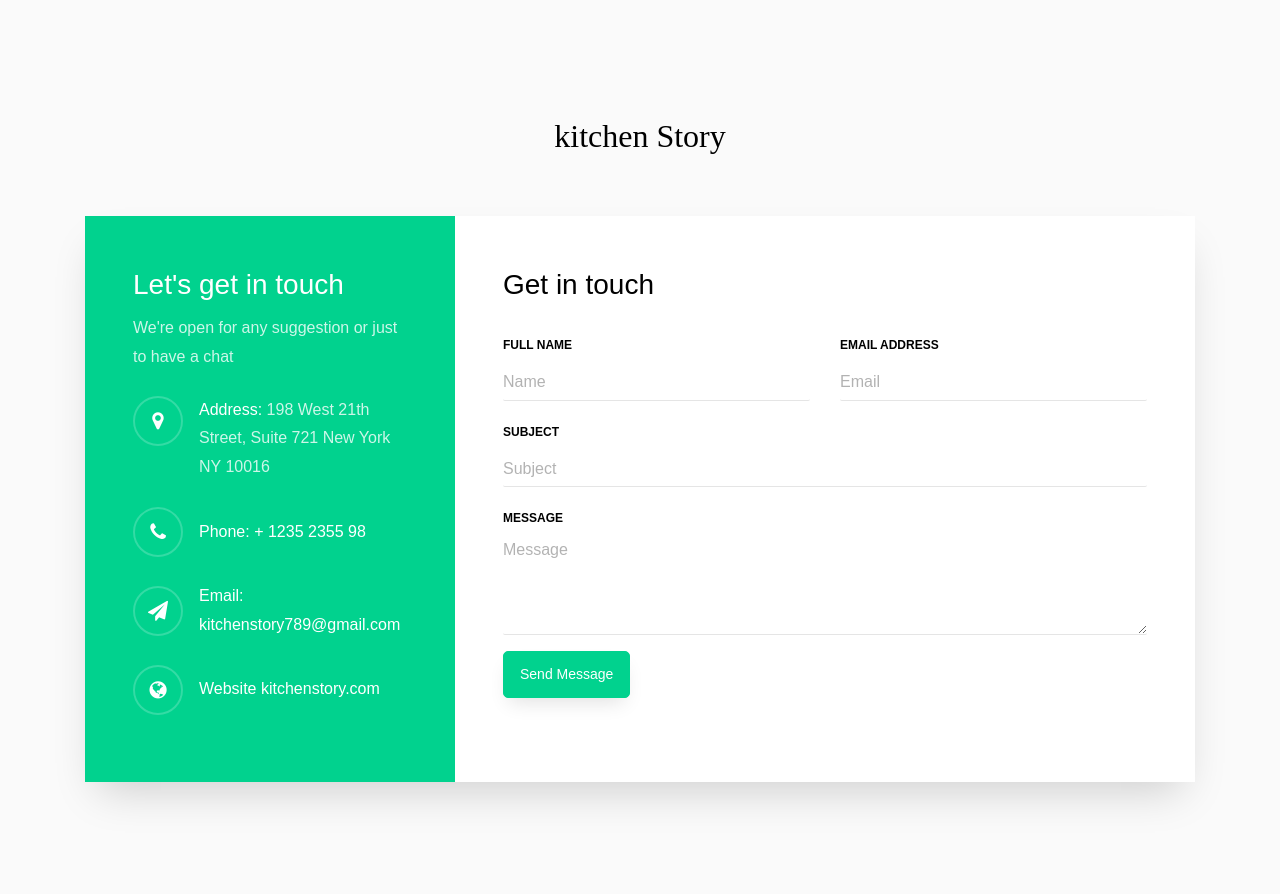
Repository: manishmachha/project-kitchenStory
Page: Phase 4 Kitchen Story/src/main/webapp/MessageUS/messageUs.html
The author's editor kept a copy of each file at every save. The page is drawn from the files as they stood at one save, then again after the next save.
The browser window is 1280 px wide. The pictures show the whole page.
Some web fonts or font styles are not loaded; a fallback is used.

Above is the page before, as saved 2022-03-08 07:04:24.

### Phase 4 Kitchen Story/src/main/webapp/MessageUS/messageUs.html
<!doctype html>
<html lang="en">

<head>
<title>Contact Form 02</title>
<meta charset="utf-8">
<meta name="viewport"
	content="width=device-width, initial-scale=1, shrink-to-fit=no">

<link
	href='https://fonts.googleapis.com/css?family=Roboto:400,100,300,700'
	rel='stylesheet' type='text/css'>

<link rel="stylesheet"
	href="https://stackpath.bootstrapcdn.com/font-awesome/4.7.0/css/font-awesome.min.css">

<link rel="stylesheet" href="css/style.css">
<link
	href="https://fonts.googleapis.com/css2?family=Lobster&display=swap"
	rel="stylesheet">

</head>

<body>
	<section class="ftco-section">
		<div class="container">
			<div class="row justify-content-center">
				<div class="col-md-6 text-center mb-5">
					<h2 class="brand" style="font-family: 'Lobster', cursive;">kitchen
						Story</h2>
				</div>
			</div>
			<div class="row justify-content-center">
				<div class="col-md-12">
					<div class="wrapper">
						<div class="row no-gutters">
							<div
								class="col-lg-8 col-md-7 order-md-last d-flex align-items-stretch">
								<div class="contact-wrap w-100 p-md-5 p-4">
									<h3 class="mb-4">Get in touch</h3>
									<div id="form-message-warning" class="mb-4"></div>
									<div id="form-message-success" class="mb-4">Your message
										was sent, thank you!</div>
									<form method="POST" id="contactForm" name="contactForm"
										class="contactForm">
										<div class="row">
											<div class="col-md-6">
												<div class="form-group">
													<label class="label" for="name">Full Name</label> <input
														type="text" class="form-control" name="name" id="name"
														placeholder="Name">
												</div>
											</div>
											<div class="col-md-6">
												<div class="form-group">
													<label class="label" for="email">Email Address</label> <input
														type="email" class="form-control" name="email" id="email"
														placeholder="Email">
												</div>
											</div>
											<div class="col-md-12">
												<div class="form-group">
													<label class="label" for="subject">Subject</label> <input
														type="text" class="form-control" name="subject"
														id="subject" placeholder="Subject">
												</div>
											</div>
											<div class="col-md-12">
												<div class="form-group">
													<label class="label" for="#">Message</label>
													<textarea name="message" class="form-control" id="message"
														cols="30" rows="4" placeholder="Message"></textarea>
												</div>
											</div>
											<div class="col-md-12">
												<div class="form-group">
													<input type="submit" value="Send Message"
														class="btn btn-primary">
													<div class="submitting"></div>
												</div>
											</div>
										</div>
									</form>
								</div>
							</div>
							<div class="col-lg-4 col-md-5 d-flex align-items-stretch">
								<div class="info-wrap bg-primary w-100 p-md-5 p-4">
									<h3>Let's get in touch</h3>
									<p class="mb-4">We're open for any suggestion or just to
										have a chat</p>
									<div class="dbox w-100 d-flex align-items-start">
										<div
											class="icon d-flex align-items-center justify-content-center">
											<span class="fa fa-map-marker"></span>
										</div>
										<div class="text pl-3">
											<p>
												<span>Address:</span> 198 West 21th Street, Suite 721 New
												York NY 10016
											</p>
										</div>
									</div>
									<div class="dbox w-100 d-flex align-items-center">
										<div
											class="icon d-flex align-items-center justify-content-center">
											<span class="fa fa-phone"></span>
										</div>
										<div class="text pl-3">
											<p>
												<span>Phone:</span> <a href="tel://1234567920">+ 1235
													2355 98</a>
											</p>
										</div>
									</div>
									<div class="dbox w-100 d-flex align-items-center">
										<div
											class="icon d-flex align-items-center justify-content-center">
											<span class="fa fa-paper-plane"></span>
										</div>
										<div class="text pl-3">
											<p>
												<span>Email:</span> <a href="mailto:info@yoursite.com">kitchenstory789@gmail.com</a>
											</p>
										</div>
									</div>
									<div class="dbox w-100 d-flex align-items-center">
										<div
											class="icon d-flex align-items-center justify-content-center">
											<span class="fa fa-globe"></span>
										</div>
										<div class="text pl-3">
											<p>
												<span>Website</span> <a href="#">kitchenstory.com</a>
											</p>
										</div>
									</div>
								</div>
							</div>
						</div>
					</div>
				</div>
			</div>
		</div>
	</section>

	<script src="js/jquery.min.js"></script>
	<script src="js/popper.js"></script>
	<script src="js/bootstrap.min.js"></script>
	<script src="js/jquery.validate.min.js"></script>
	<script src="js/main.js"></script>

</body>

</html>

Loaded but not shown: Phase 4 Kitchen Story/src/main/webapp/MessageUS/css/style.css (library); Phase 4 Kitchen Story/src/main/webapp/MessageUS/js/jquery.min.js (library); Phase 4 Kitchen Story/src/main/webapp/MessageUS/js/popper.js (library); Phase 4 Kitchen Story/src/main/webapp/MessageUS/js/bootstrap.min.js (library); Phase 4 Kitchen Story/src/main/webapp/MessageUS/js/jquery.validate.min.js (library); Phase 4 Kitchen Story/src/main/webapp/MessageUS/js/main.js (common file)

After the next save:
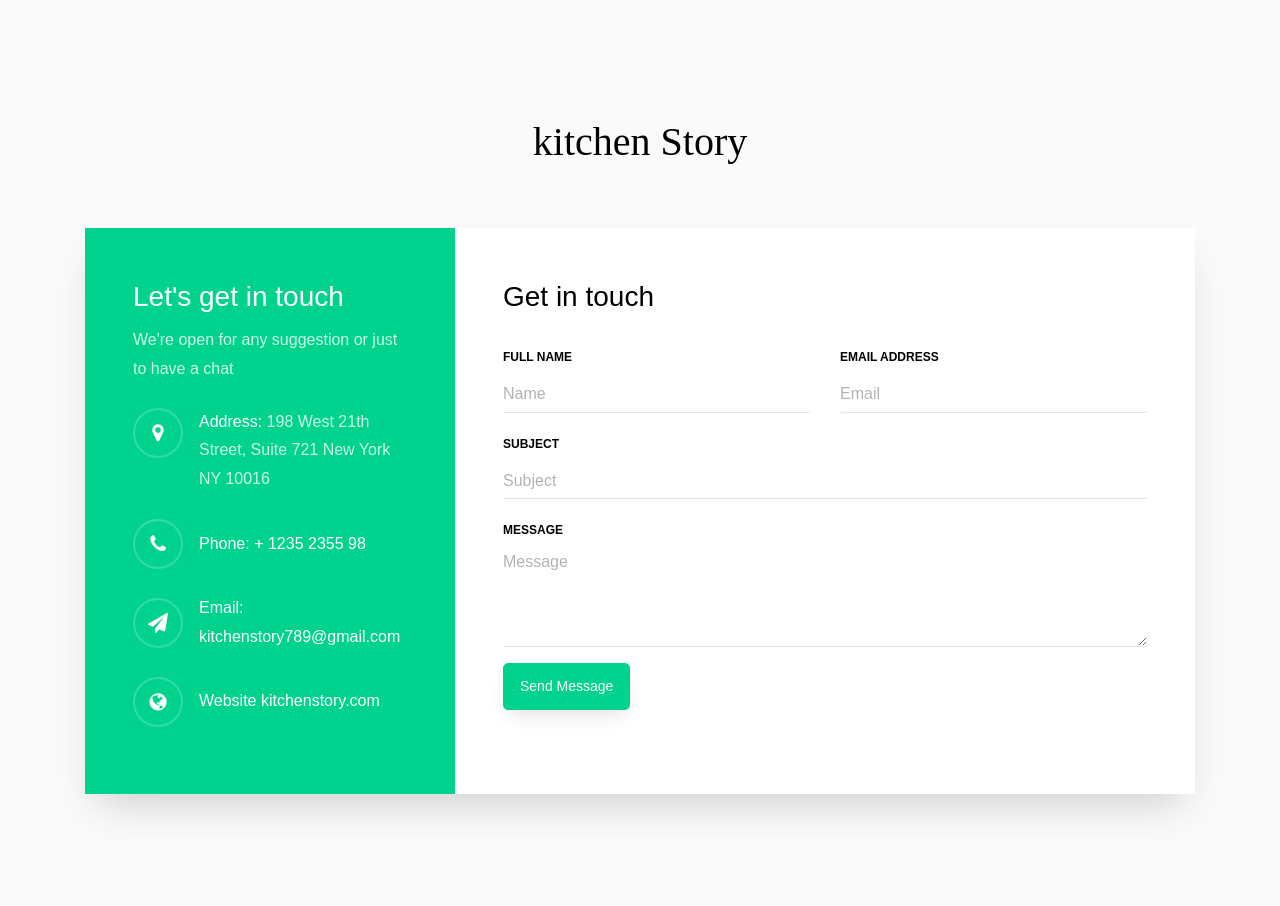
Saved 13 s later.
--- a/Phase 4 Kitchen Story/src/main/webapp/MessageUS/messageUs.html
+++ b/Phase 4 Kitchen Story/src/main/webapp/MessageUS/messageUs.html
@@ -26,8 +26,8 @@
 		<div class="container">
 			<div class="row justify-content-center">
 				<div class="col-md-6 text-center mb-5">
-					<h2 class="brand" style="font-family: 'Lobster', cursive;">kitchen
-						Story</h2>
+					<h1 class="brand" style="font-family: 'Lobster', cursive;">kitchen
+						Story</h1>
 				</div>
 			</div>
 			<div class="row justify-content-center">
